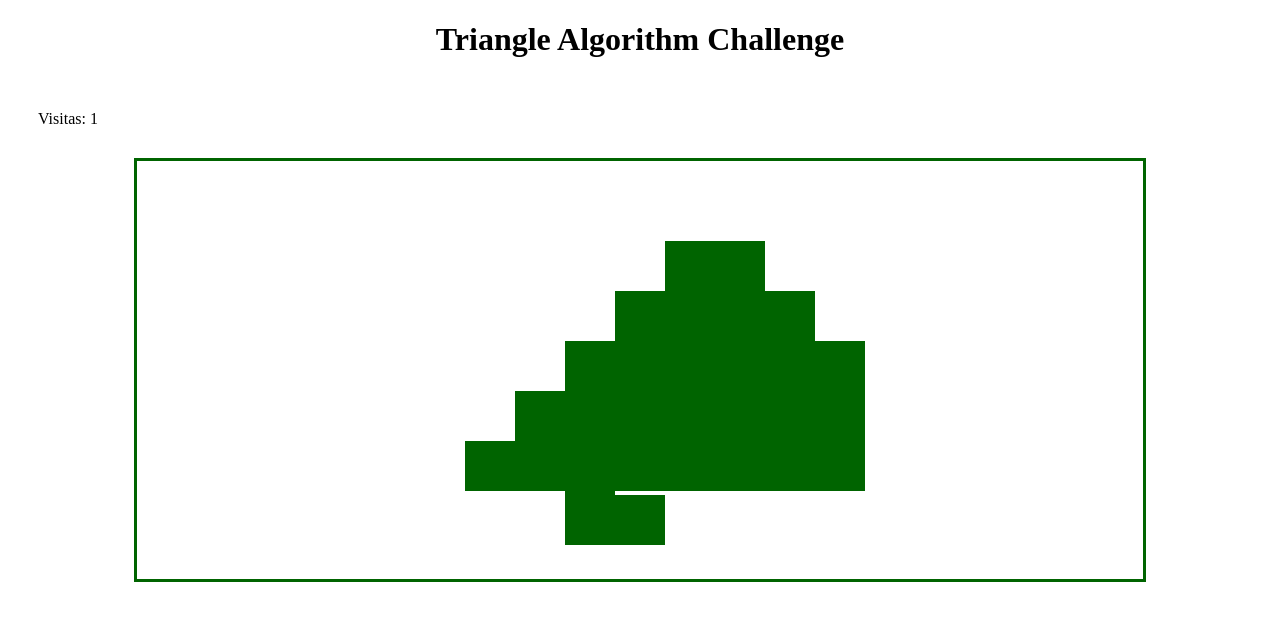
Repository: Hugobrr/trybe-exercises
Page: exercises/5_bloco/exercise-end-block5/index.html
These files come from the project's save history. The page is drawn as it stood at one moment and after the next save; the edit follows.
The browser window is 1280 px wide. The pictures show the whole page.

Above is the page before, as saved 2020-11-05 17:41:45.

### exercises/5_bloco/exercise-end-block5/index.html
<!DOCTYPE html>
<html lang="pt-br">
<head>
  <meta charset="UTF-8">
  <meta name="viewport" content="width=device-width, initial-scale=1.0">
  <title>Triangle</title>
  <link rel="stylesheet" type="text/css" href="style.css">
  <script type="text/javascript" src="script.js"></script>
</head>
<body>
  <header>
    <h1>Triangle Algorithm Challenge</h1>
  </header>
  <div class="visit">Visitas: <span id="count"></span></div>
  <div class="container center">
    <div class="triangle">
      <!-- Cada uma dessas divs representa uma das 5 linhas da piramide -->
      <div class="line"></div>
      <div class="line"></div>
      <div class="line"></div>
      <div class="line"></div>
      <div class="line"></div>
      <div class="line"></div>
    </div>
  </div>
</body>
</html>

### exercises/5_bloco/exercise-end-block5/style.css
h1 {
  text-align: center;
}

.container {
  border: 3px solid darkgreen;
  box-sizing: border-box;
  padding: 30px;
  width: 80%;
  text-align: center;
}

.center {
  margin-left: auto;
  margin-right: auto;
}

.triangle {
  display: inline-block;
}

.line {
  width: 450px;
  height: 50px;
}

.box {
  width: 50px;
  height: 50px;
  background-color: darkgreen;
  display: inline-block;
  background: darkgreen;
}

.box-empty {
  width: 50px;
  height: 50px;
  background-color: white;
  display: inline-block;
}

.visit {
  padding: 30px;
}

### exercises/5_bloco/exercise-end-block5/script.js
window.onload = function() {
  let basePyramid = 12;
  let numberOfLines = (basePyramid + 1) / 2; // 5
  let controlLeft = numberOfLines; // 5
  let controlRight = numberOfLines; // 5
  let lines = document.querySelectorAll(".line");

  updateVisit();

  fillTriangle(lines);

  // Atualiza a quantidade de visitar no site, utilizando o LocalStorage
  function updateVisit() {
    if (typeof (Storage) != "undefined") {
      if(localStorage.count !== undefined) {
        let count = parseInt(localStorage.count);
        count+=1;
        localStorage.count = count;
        document.getElementById("count").innerHTML = count;
      } else {
        localStorage.count = 1;
        document.getElementById("count").innerHTML = 1;
      }
    } else {
      document.write("Sem suporte para Web Storage");
    }
  }

  // Passa por todos as linhas (div com class line) e preenche o triangulo
  function fillTriangle(lines) {
    for(let index = 0; index < lines.length; index += 1) {
      fillLine(lines[index]);
      controlRight += 1;
      controlLeft -= 1;
    }
  }

  // Cria uma caixa com base nas diferentes classes
  function createBox(className) {
    let box = document.createElement("div");
    box.className = className;
    return box;
  }

  // Preenche uma linha
  function fillLine(divLine) {
    for (let lineColumn = 1; lineColumn <= basePyramid; lineColumn += 1) {
      if(lineColumn >= controlLeft && lineColumn <= controlRight) {
        let box = createBox("box");
        divLine.appendChild(box);
      } else {
        divLine.appendChild(createBox("box-empty"));
      }
    }
  }
}

After the next save:
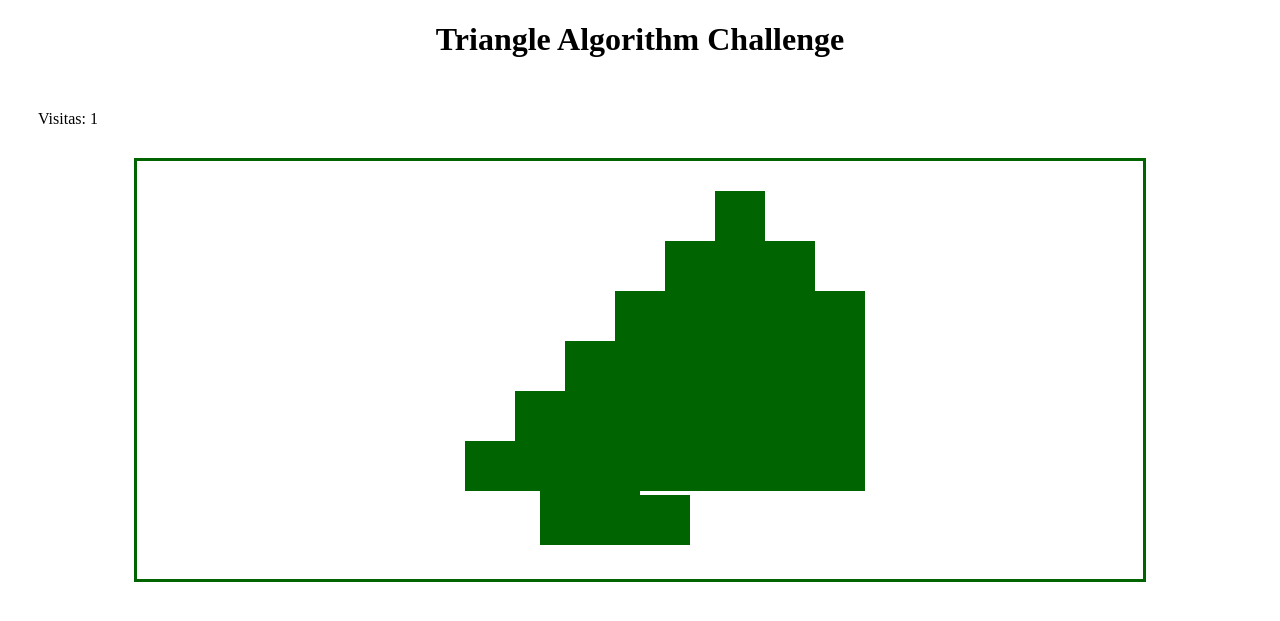
Saved 75 s later.
--- a/exercises/5_bloco/exercise-end-block5/script.js
+++ b/exercises/5_bloco/exercise-end-block5/script.js
@@ -1,5 +1,5 @@
 window.onload = function() {
-  let basePyramid = 12;
+  let basePyramid = 13;
   let numberOfLines = (basePyramid + 1) / 2; // 5
   let controlLeft = numberOfLines; // 5
   let controlRight = numberOfLines; // 5
